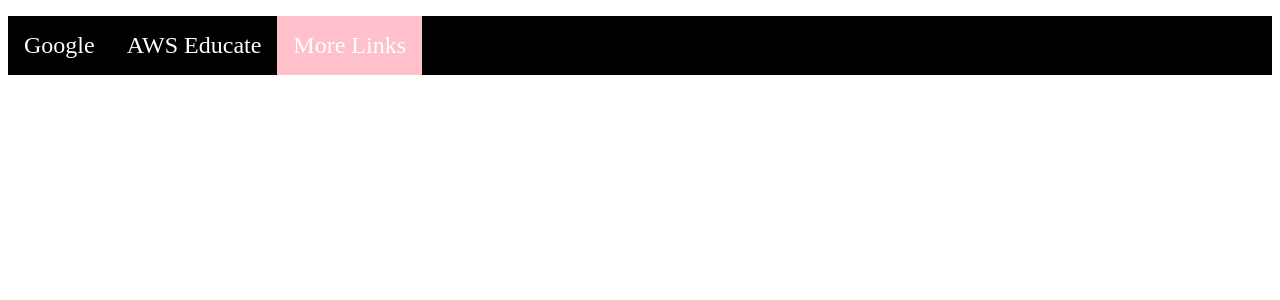
Repository: ChristianCain/ChristianCain.github.io
Page: html/index.html
The author's editor kept a record of every edit. The page is drawn from the files as they stood at one moment, then again after the next edit.
The browser window is 1280 px wide. The pictures show the whole page.
The pointer rests on the first visible `.dropdown`.

Above is the page before.

After the next edit:
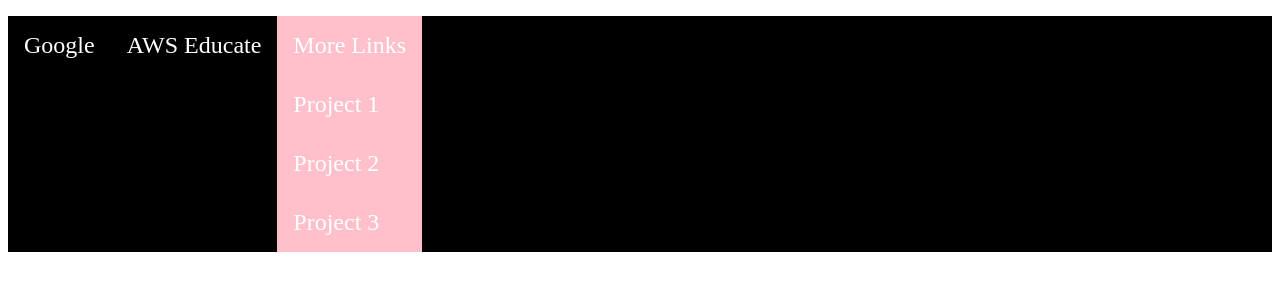
The edit:
--- a/html/index.html
+++ b/html/index.html
@@ -38,6 +38,10 @@
                 float: none;
             }
 
+            .dropdown:hover .dropdown-content{
+                display: block;
+            }
+
 
         </style>
 
